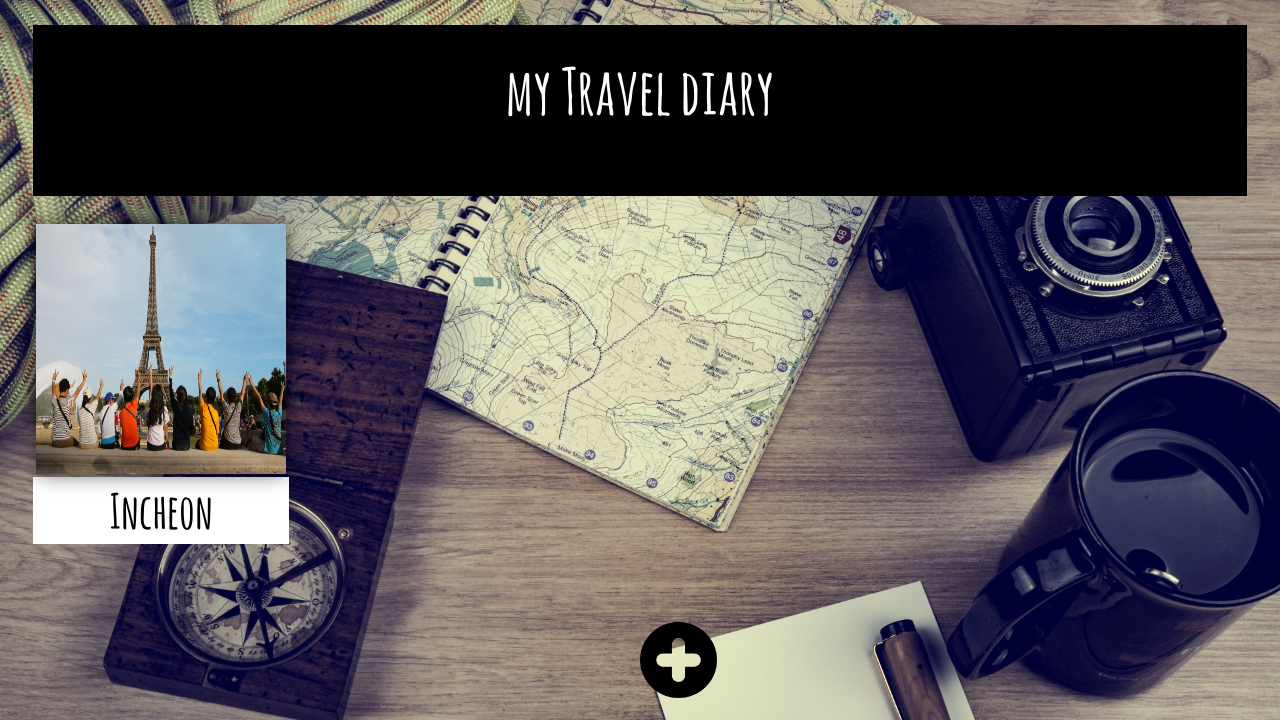
Repository: minkyung0421/jsp_travel_project
Page: http://localhost/Travel_Project/
The author's editor kept a copy of each file at every save. The page is drawn from the files as they stood at one save, then again after the next save.
The browser window is 1280 px wide. The pictures show the whole page.
The page is served by Tomcat 9. Other server files are loaded and not shown.

Above is the page before, as saved 2018-08-21 05:27:33.

### jsp_travel_project/Travel_Project/WebContent/index.jsp
<%@ page language="java" contentType="text/html; charset=EUC-KR"
    pageEncoding="EUC-KR"%>
<!DOCTYPE html PUBLIC "-//W3C//DTD HTML 4.01 Transitional//EN" "http://www.w3.org/TR/html4/loose.dtd">
<html>
<head>
<meta http-equiv="Content-Type" content="text/html; charset=EUC-KR">
<title>Insert title here</title>
</head>
<style>
@font-face{font-family: amaticsc-bold; src:url('font/AmaticSC-Bold.ttf')}

body{
	background-image: url(image/travel2.jpg);
	background-size: 100%;
}
table{
	display: inline;
}
.effect{
	display: inline-block;
	box-shadow: 0px 0px 20px -2px rgba(0,0,0,0.8);
}

.font{
	font-family: amaticsc-bold;
	font-size: 3em;
}

.font2{
	font-family: amaticsc-bold;
	font-size: 4em;
	color: white;
	margin-top: 2%;
}


</style>
<body>
<center>
	<div style = "background-color:black; margin: 2%; padding: 0.5px">
		<p class = "font2"> my Travel diary</p>
	</div>
</center>

<a style ="display:scroll; position:fixed; bottom:3%; left:50%;" href = "insertForm.jsp" title="맨위로">
	<img src = "image/add.png" width="15%" height="15%">
</a>


<!-- <table border = "0" style = "margin:2%">
	<tr>
		<td><img src = "image/1.jpg" width = "250" height = "250" class = "effect" id = "img1"></td>
	</tr>
	<tr height="10%" style = "background-color: white;">
		<td>
			<center><p class = "font">Incheon</p></center>
		</td>
	</tr>
</table>

<table border = "0" style = "margin:2%">
	<tr>
		<td><img src = "image/2.jpg" width = "250" height = "250" class = "effect" id = "img1"></td>
	</tr>
	<tr height="10%" style = "background-color: white;">
		<td>
			<center><p class = "font">Tokyo</p></center>
		</td>
	</tr>
</table> -->

<style>
#table {display: table; width: 250; margin-left: 2%;}
.row {display: table-row;}
.cell {display: table-cell; padding: 3px; }
.col1 {
	width: 250;
	height: 140;
	font-family: amaticsc-bold;
	font-size: 3em;
}
</style>
<div id="table">
<div class="row">
<span class="cell col1"><img src = "image/2.jpg" width = "250" height = "250" class = "effect" id = "img1"></span>
</div>
<div class="row">
<span class="cell col1" style = "background-color: white;"><center>Incheon</center></span>
</div>
</div>

</body>
</html>

After the next save:
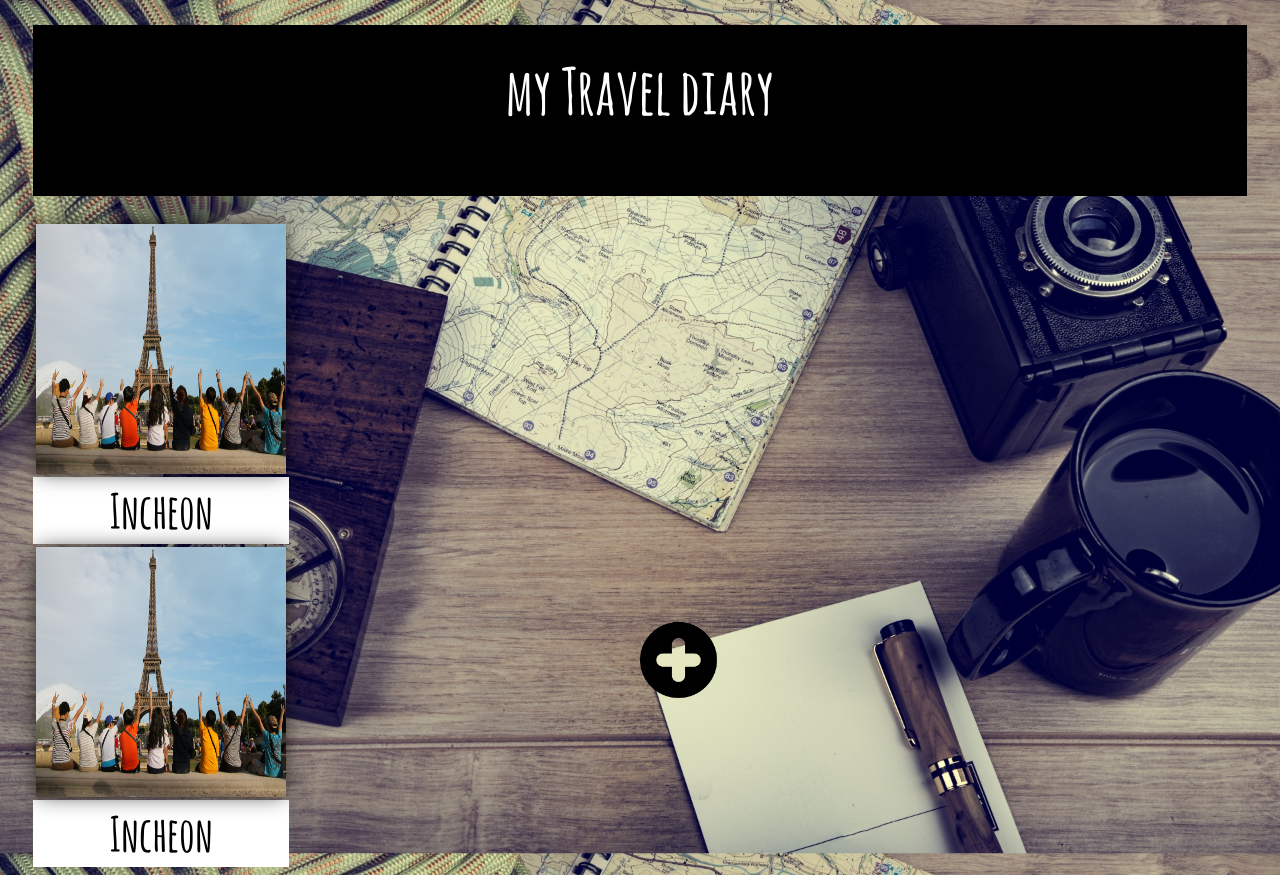
Saved 17 s later.
--- a/jsp_travel_project/Travel_Project/WebContent/index.jsp
+++ b/jsp_travel_project/Travel_Project/WebContent/index.jsp
@@ -89,5 +89,13 @@ table{
 </div>
 </div>
 
+<div id="table">
+<div class="row">
+<span class="cell col1"><img src = "image/2.jpg" width = "250" height = "250" class = "effect" id = "img1"></span>
+</div>
+<div class="row">
+<span class="cell col1" style = "background-color: white;"><center>Incheon</center></span>
+</div>
+</div>
 </body>
 </html>
